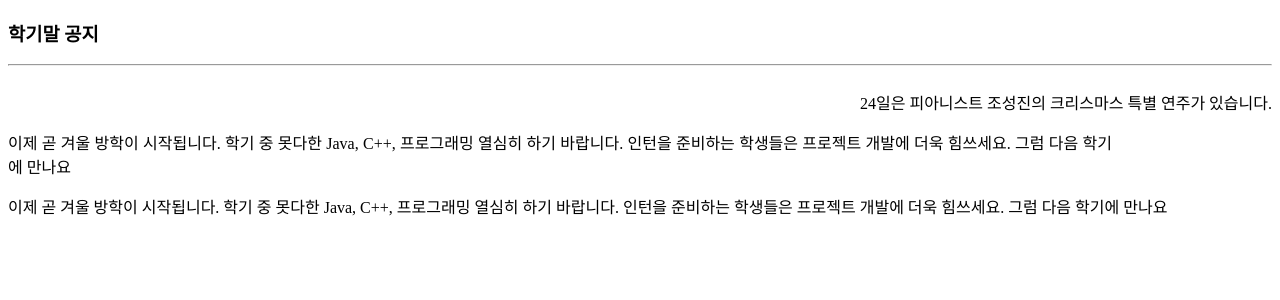
Repository: codelily98/Web
Page: CSS3/src/main/webapp/05_cssPositioning/exam03.html
The author's editor kept a copy of each file at every save. The page is drawn from the files as they stood at one save, then again after the next save.
The browser window is 1280 px wide. The pictures show the whole page.

Above is the page before, as saved 2024-08-12 06:20:17.

After the next save:
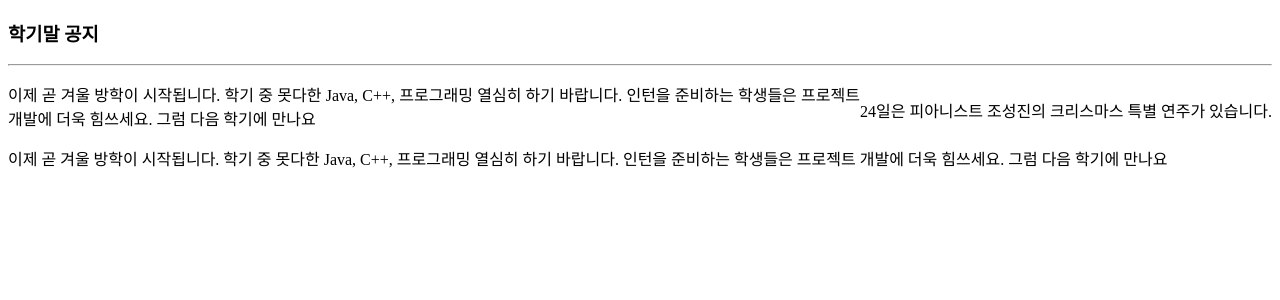
Saved 102 s later.
--- a/CSS3/src/main/webapp/05_cssPositioning/exam03.html
+++ b/CSS3/src/main/webapp/05_cssPositioning/exam03.html
@@ -8,11 +8,11 @@
 	float: right;
 }
 #text1 {
-	clear: right;
 	margin-right: 10em;
 	text-align: justify;
 }
 #text2 {
+	clear: right;
 
 }
 </style>
